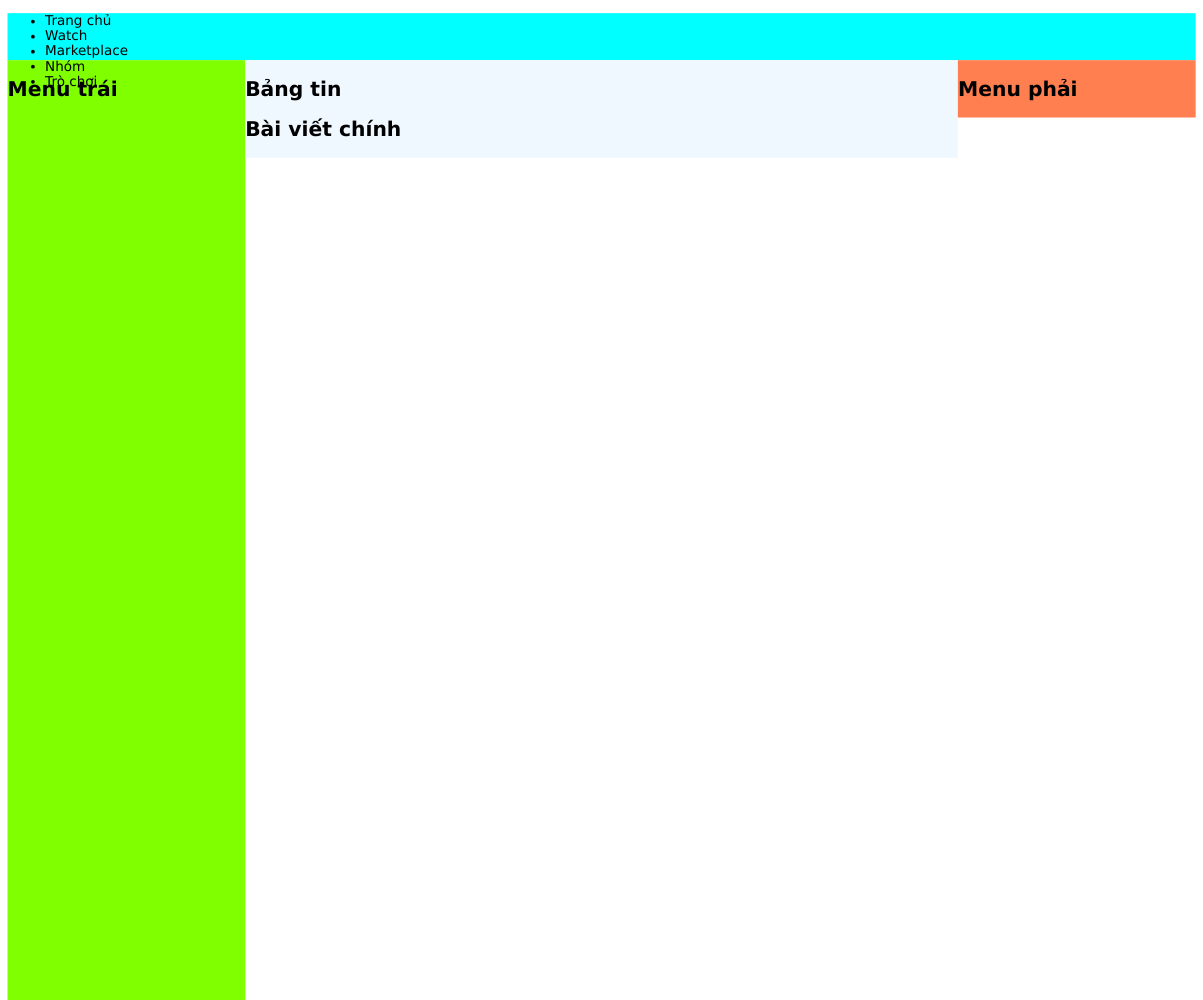
Repository: congle98/CSS_LayoutFacebookCoBan
Page: index.html
These files come from the project's save history. The page is drawn as it stood at one moment and after a run of saves; the edit follows.
The browser window is 1280 px wide. The pictures show the whole page, at 94% of full size.

Above is the page before, as saved 2021-05-26 15:30:16.

### index.html
<!DOCTYPE html>
<html lang="en">
<head>
    <meta charset="UTF-8">
    <meta http-equiv="X-UA-Compatible" content="IE=edge">
    <meta name="viewport" content="width=device-width, initial-scale=1.0">
    <title>Document</title>
    <style>
        body {
            font-family: Verdana,sans-serif;
            font-size: 0.9em;
        }
        header{
            background-color: cyan;
            width: 100%;
            height: 50px;

        }
        #sidebar-left{
            width: 20%;
            float: left;
            background-color: chartreuse;
            height: 1000px;
        }
        section{
            width: 60%;
            float: left;
            background-color:aliceblue;
        }
        #sidebar-right{
            width: 20%;
            float: right;
            background-color:coral
        }

    </style>
</head>
<body>
    <header>
        <nav>
            <ul>
                <li>Trang chủ</li>
                <li>Watch</li>
                <li>Marketplace</li>
                <li>Nhóm</li>
                <li>Trò chơi</li>
            </ul>
        </nav>
    </header>
    <div id="sidebar-left">
        <h2>Menu trái</h2>
    </div>
    <section>
        <article>
            <h2>Bảng tin</h2>
        </article>
        <article>
            <h2>Bài viết chính</h2>
        </article>
    </section>
    <div id="sidebar-right">
        <h2>Menu phải</h2>
    </div>
</body>
</html>

After the next 2 saves:
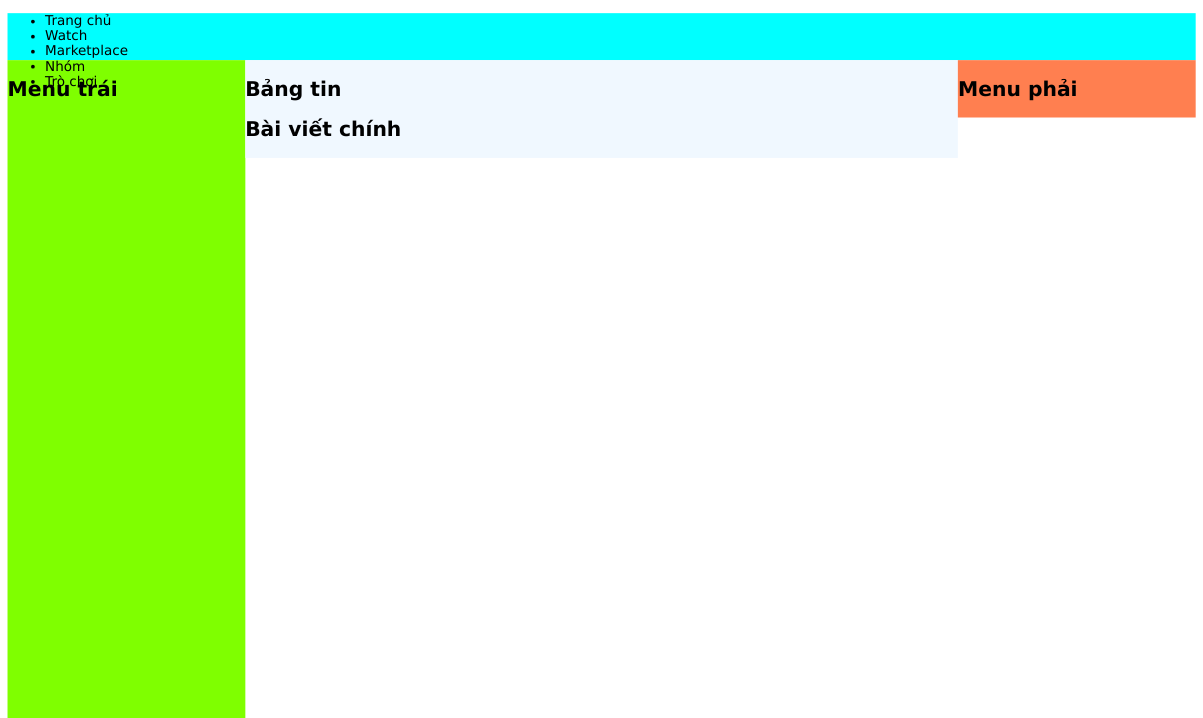
The 2 saves are shown as one change because they came seconds apart.
The last was saved 9 s later.
--- a/index.html
+++ b/index.html
@@ -20,7 +20,7 @@
             width: 20%;
             float: left;
             background-color: chartreuse;
-            height: 1000px;
+            height: 700px;
         }
         section{
             width: 60%;
